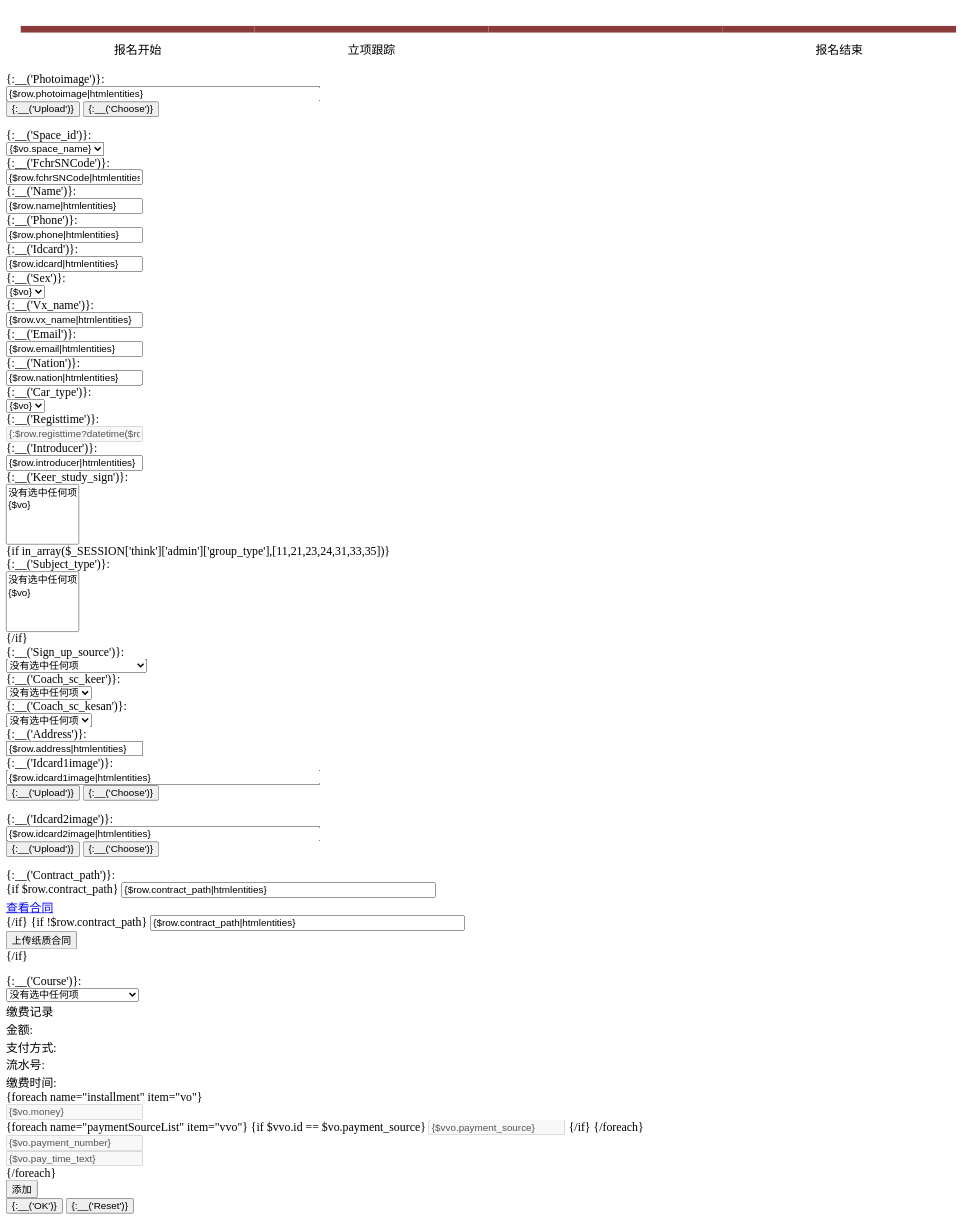
Repository: Akarin-Akari/xiaomaguantest
Page: application/admin/view/studentconfig/student/edit.html
An editor plug-in stored every save of this project. The page is shown before and after the next save, followed by the edit.
The browser window is 1280 px wide. The page is 1312 px wide, so the pictures cover 1312 px, including what lies to the right of the window. The pictures show the whole page, at 74% of full size.

Above is the page before, as saved 2024-01-23 18:48:33.
Console error: ReferenceError: $length is not defined

After the next save:
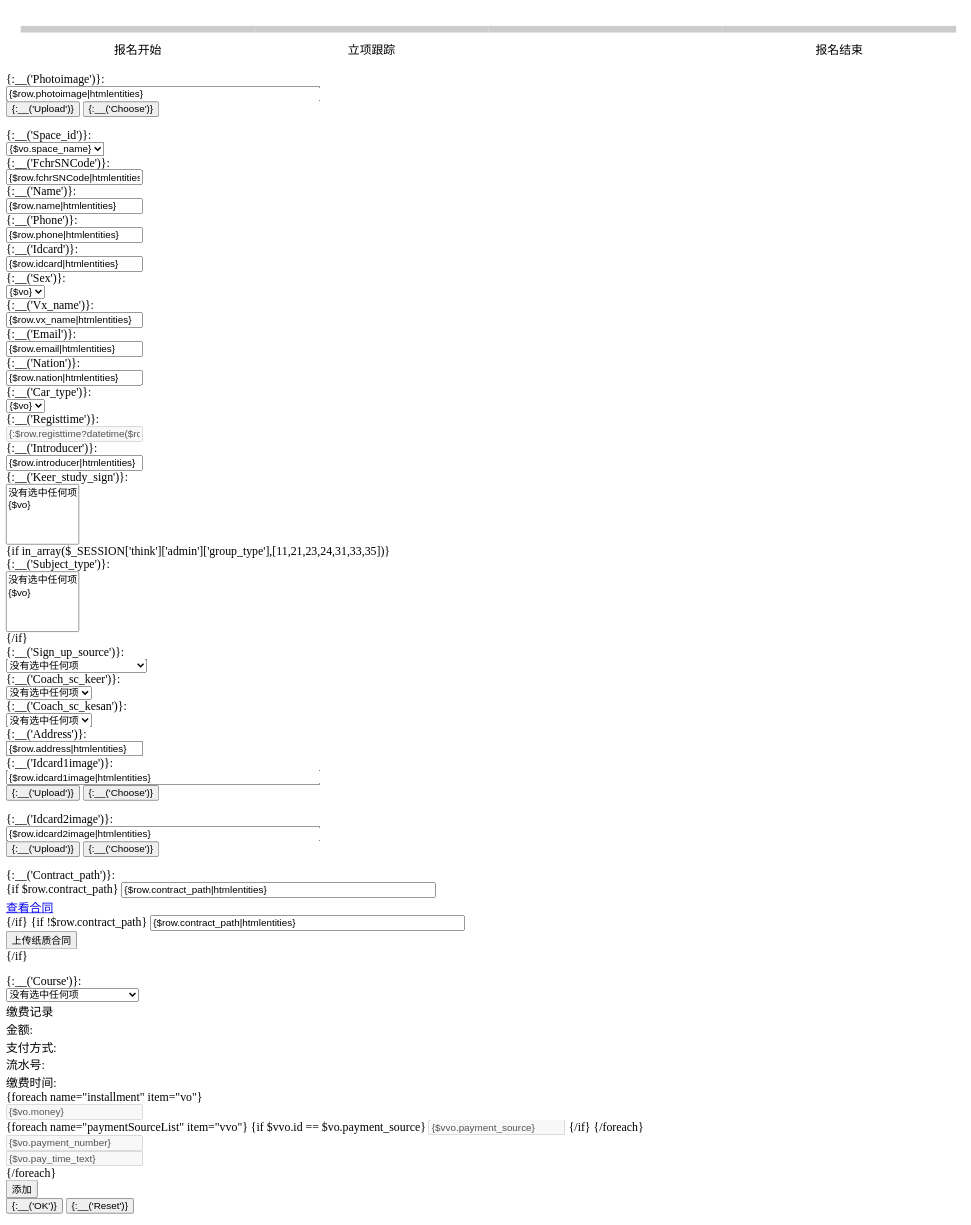
Saved 8 s later.
--- a/application/admin/view/studentconfig/student/edit.html
+++ b/application/admin/view/studentconfig/student/edit.html
@@ -30,7 +30,7 @@
         width: 100%;
         height: 9px;
         margin-top: 7px;
-        background-color: #8b3b3b;
+        background-color: #cccccc;
     }
 </style>
 <form id="edit-form" class="form-horizontal" role="form" data-toggle="validator" method="POST" action="">
